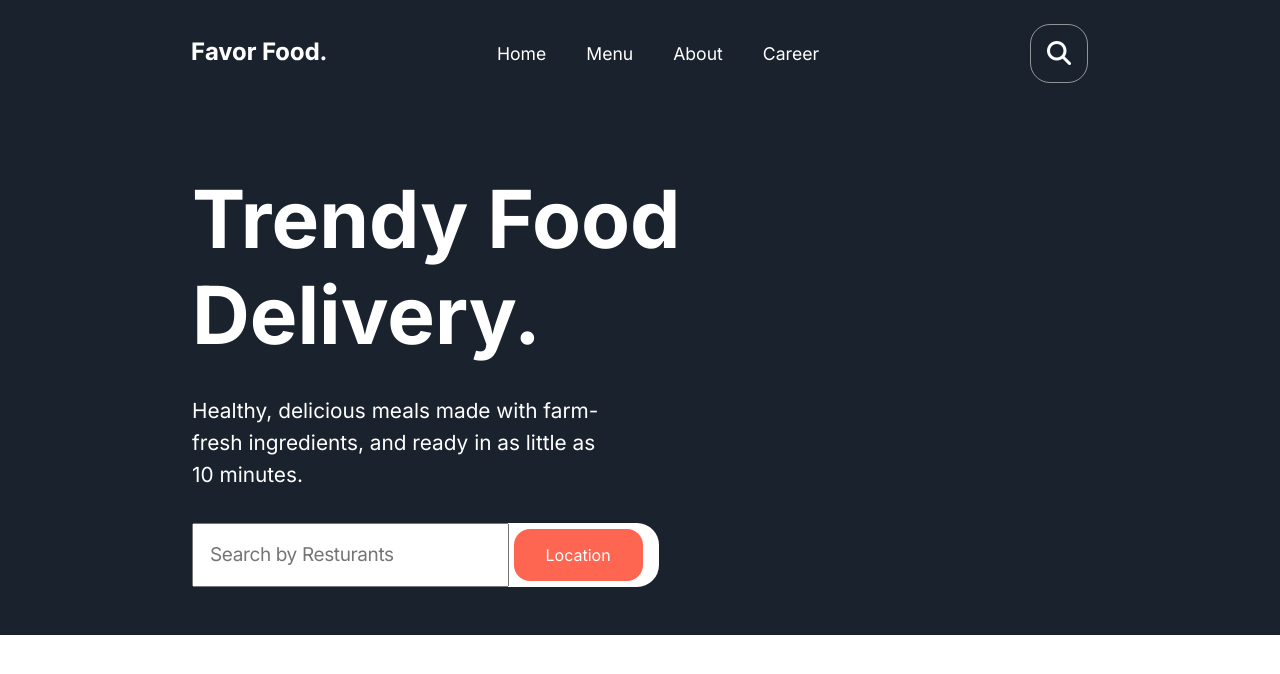
Repository: badhon252/favor-food
Page: index.html
The author's editor kept a copy of each file at every save. The page is drawn from the files as they stood at one save, then again after the next save.
The browser window is 1280 px wide. The pictures show the whole page.
The style sheet was rebuilt from its Sass, Less or Tailwind sources for each picture, by a compiler version that may differ from the author's.

Above is the page before, as saved 2022-09-10 15:20:41.

After the next save:
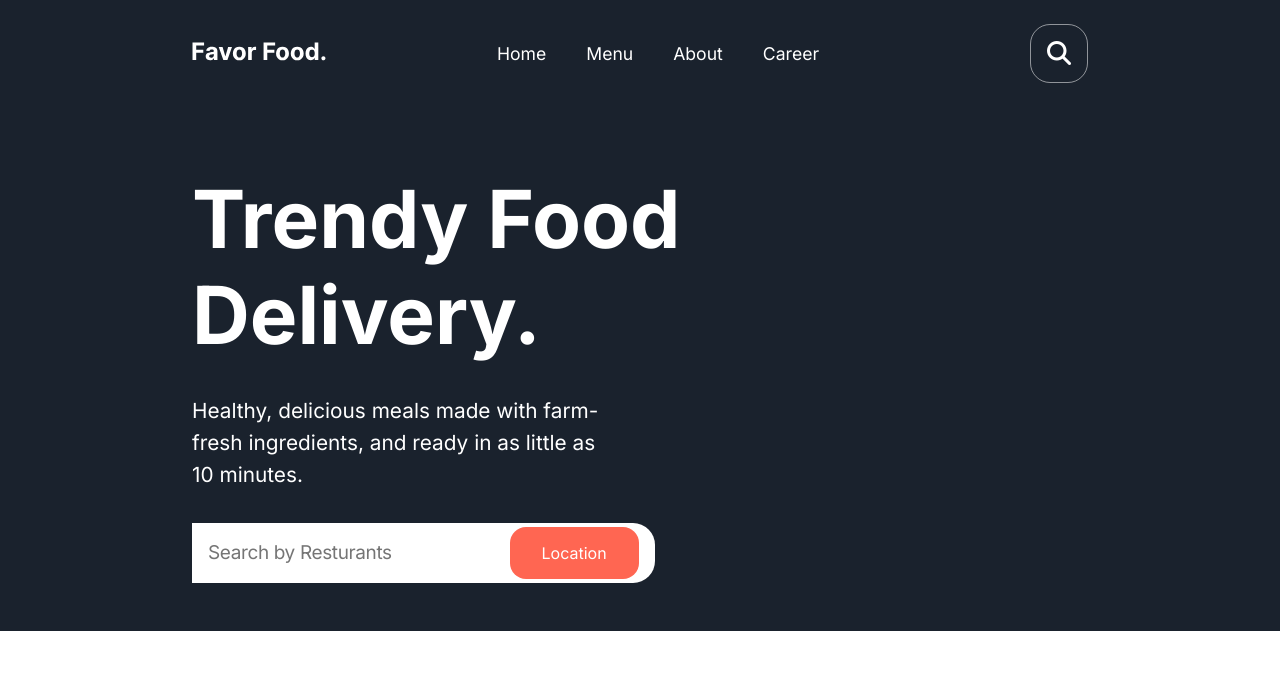
Saved 4 min 58 s later.
--- a/scss/style.scss
+++ b/scss/style.scss
@@ -76,10 +76,9 @@ header {
         padding: 1rem;
         font-size: 19px;
         line-height: 28px;
-        /* identical to box height */
-
         letter-spacing: -0.02em;
-
+        outline: none;
+        border: none;
         color: #b1b1b1;
       }
       label {
